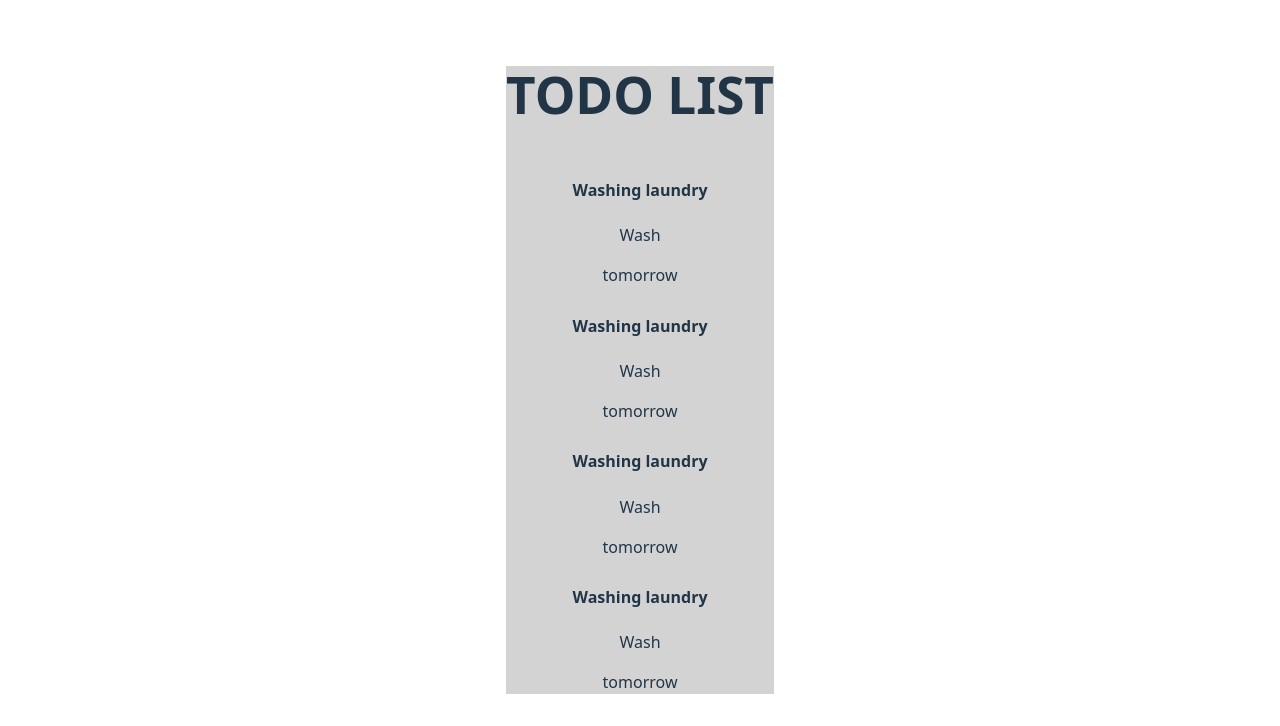
Repository: DISC-NU/workshop-3-activites
Page: /
These files come from the project's save history. The page is drawn as it stood at one moment and after the next save; the edit follows.
The browser window is 1280 px wide. The pictures show the whole page.
The project was rebuilt for these pictures with package versions that can differ from the ones it lists, and the page was loaded fresh each time. Also part of the build but not shown: vite.config.js.

Above is the page before, as saved 2025-10-06 19:10:58.

### src/App.jsx
import './App.css'

function App() {
  return(
    <main style={{ backgroundColor: 'lightgray'}}>
      <h1>TODO LIST</h1>
      <div style={{ display: 'flex', flexDirection: 'column', gap: 5 }}>
        <div className='task'>
          <h4>Washing laundry</h4>
          <p>Wash</p>
          <span>tomorrow</span>
        </div>
        <div className='task'>
          <h4>Washing laundry</h4>
          <p>Wash</p>
          <span>tomorrow</span>
        </div>
        <div className='task'>
          <h4>Washing laundry</h4>
          <p>Wash</p>
          <span>tomorrow</span>
        </div>
        <div className='task'>
          <h4>Washing laundry</h4>
          <p>Wash</p>
          <span>tomorrow</span>
        </div>
      </div>
    </main>
  );
}

export default App

Loaded but not shown: index.html (common file); src/main.jsx (common file); src/index.css (common file); src/App.css (common file)

After the next save:
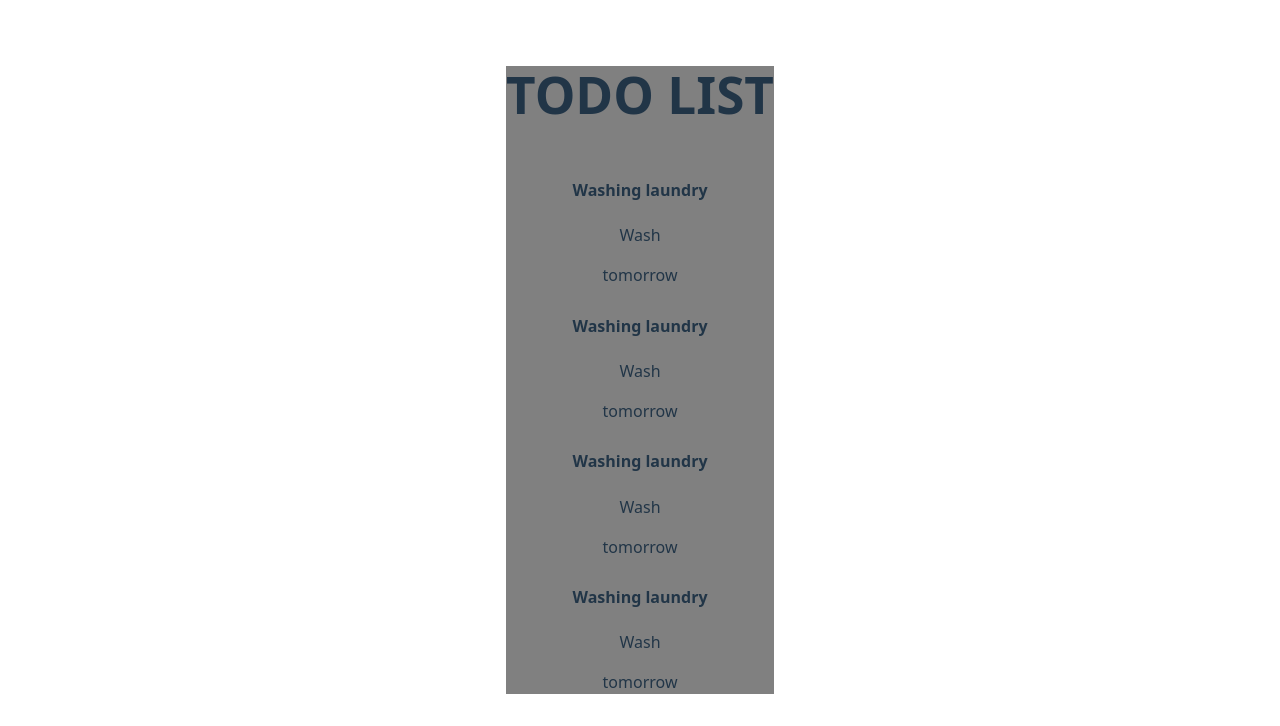
Saved 4 s later.
--- a/src/App.jsx
+++ b/src/App.jsx
@@ -2,7 +2,7 @@ import './App.css'
 
 function App() {
   return(
-    <main style={{ backgroundColor: 'lightgray'}}>
+    <main style={{ backgroundColor: 'gray'}}>
       <h1>TODO LIST</h1>
       <div style={{ display: 'flex', flexDirection: 'column', gap: 5 }}>
         <div className='task'>
